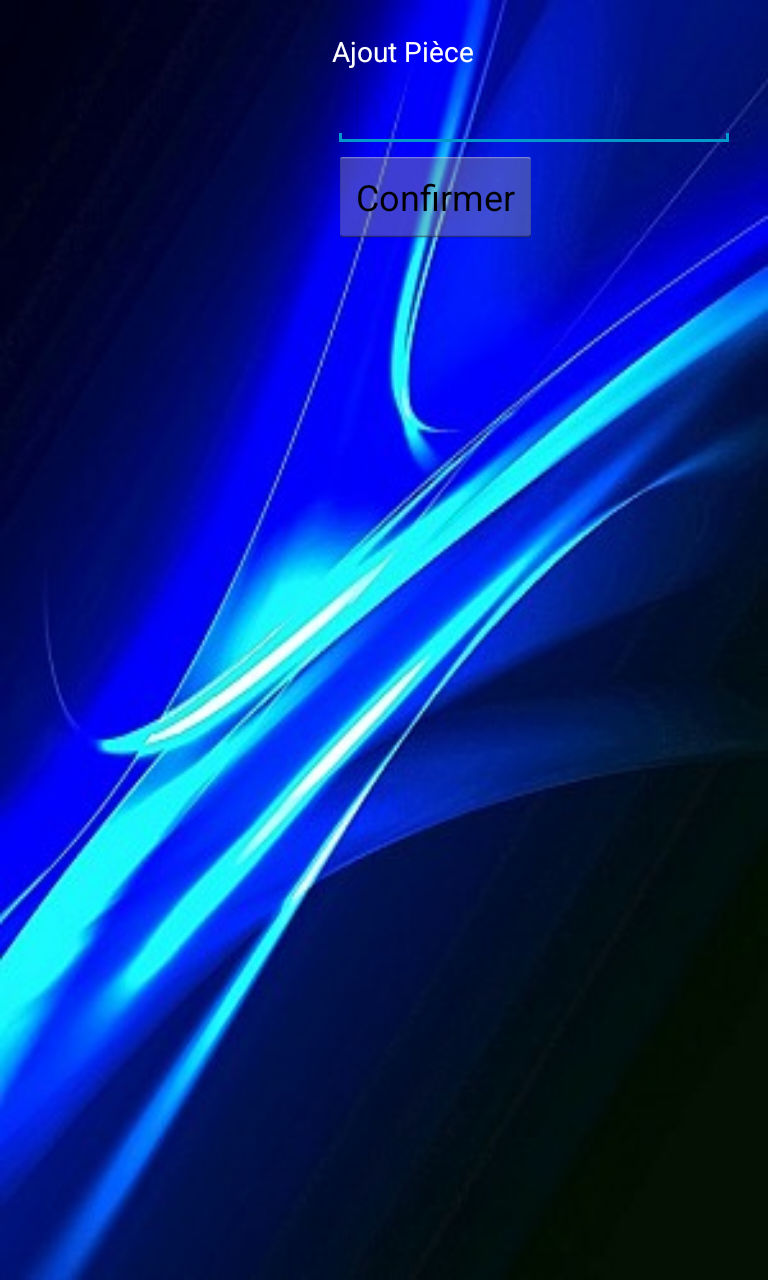
Repository: chedisaad/chedi
Layout: Dev/Android/DOMOTIQUE/Domotique/res/layout/activity_rooms.xml
These files come from the project's save history. The layout is drawn as it stood at one moment and after the next save; the edit follows.
It is drawn on a 768 x 1280 px phone screen (xhdpi) without system bars, with theme AppTheme; the app's code is not run. Lists and similar views that code fills are empty.

Above is the layout before, as saved 2014-04-01 16:31:38.

After the next save:
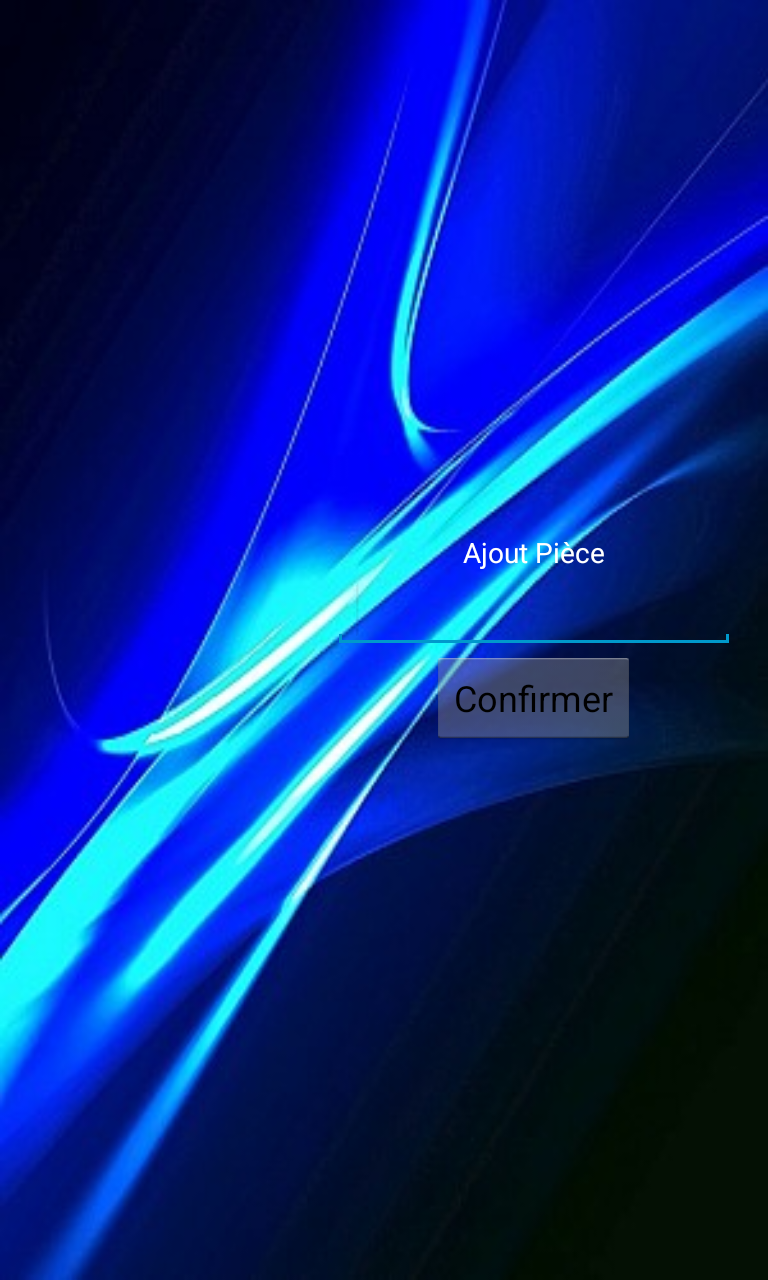
Saved 37 s later.
--- a/Dev/Android/DOMOTIQUE/Domotique/res/layout/activity_rooms.xml
+++ b/Dev/Android/DOMOTIQUE/Domotique/res/layout/activity_rooms.xml
@@ -23,6 +23,7 @@
         <LinearLayout
             android:layout_width="fill_parent"
             android:layout_height="fill_parent"
+            android:gravity="center_horizontal|center_vertical"
             android:orientation="vertical" >
 
             <TextView
